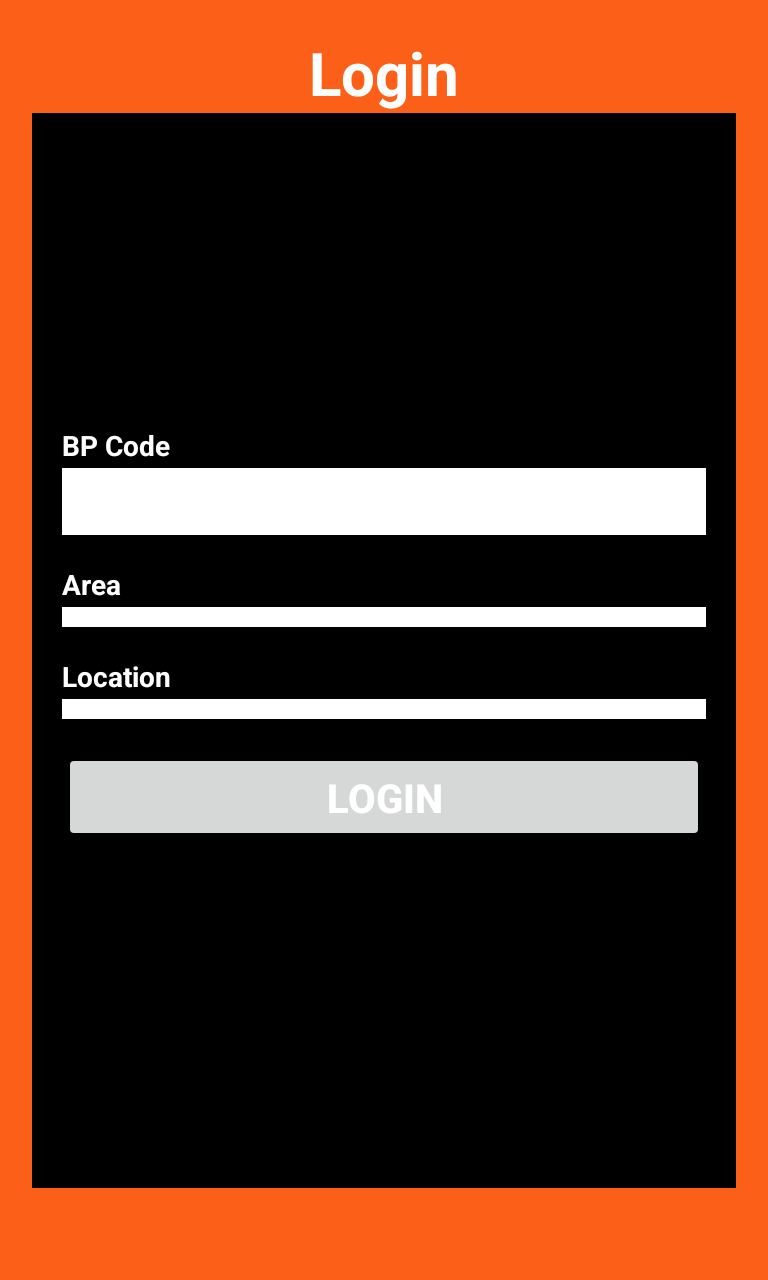
Repository: MushfiqurRahman/BLink3gApp
Layout: 3gExperience/res/layout/fragment_login.xml
The author's editor kept a copy of each file at every save. The layout is drawn from the files as they stood at one save, then again after the next save.
It is drawn on a 768 x 1280 px phone screen (xhdpi) without system bars, with theme AppTheme; the app's code is not run.

Above is the layout before, as saved 2014-05-20 19:10:14.

After the next save:
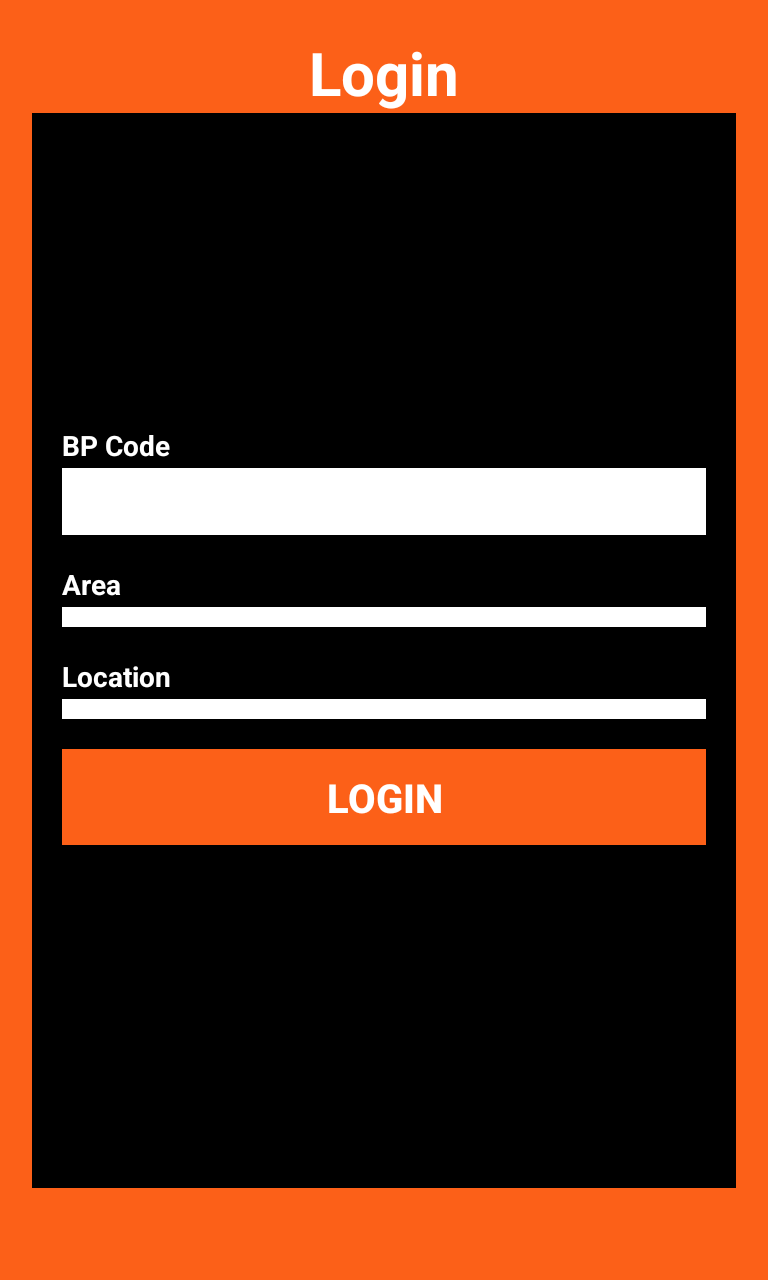
Saved 85 s later.
--- a/3gExperience/res/layout/fragment_login.xml
+++ b/3gExperience/res/layout/fragment_login.xml
@@ -132,7 +132,8 @@
             android:text="@string/login"
             android:textSize="20sp"
             android:textColor="#FFFFFF"
-            android:textStyle="bold" />
+            android:textStyle="bold"
+            android:background="#FC6018" />
     </LinearLayout>
 
 </RelativeLayout>
